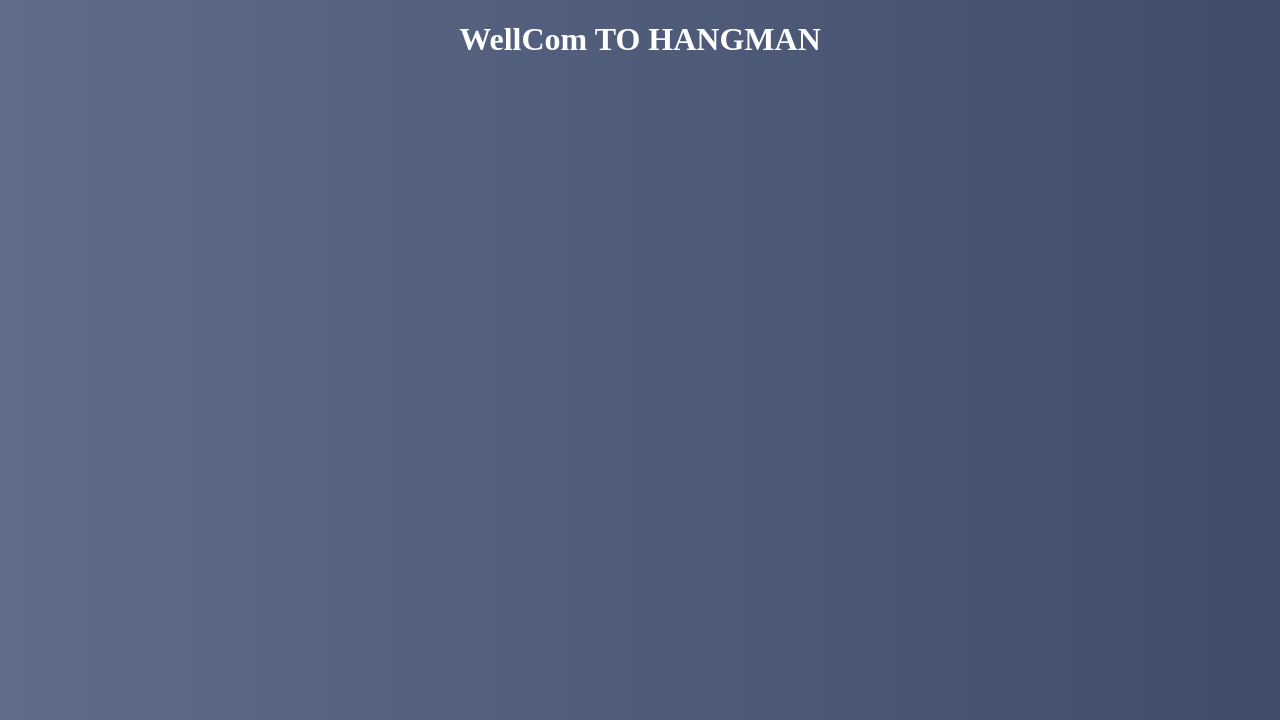
Repository: Darkingfired/Game
Page: index.html
The author's editor kept a copy of each file at every save. The page is drawn from the files as they stood at one save, then again after the next save.
The browser window is 1280 px wide. The pictures show the whole page.

Above is the page before, as saved 2022-09-03 22:18:49.

After the next save:
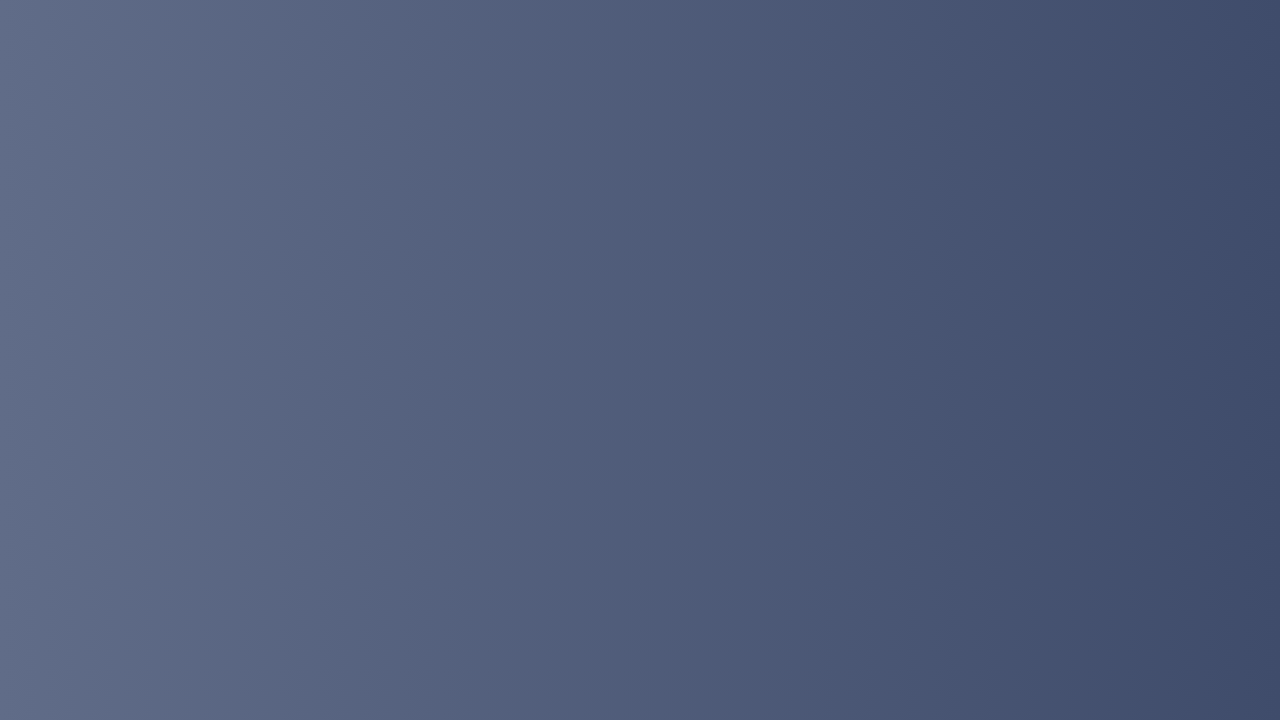
Saved 22 s later.
--- a/index.html
+++ b/index.html
@@ -9,7 +9,7 @@
     <title>Hangman Game</title>
   </head>
   <body>
-    <h1>WellCom TO HANGMAN</h1>
+    <h1></h1>
 
 
   </body>
